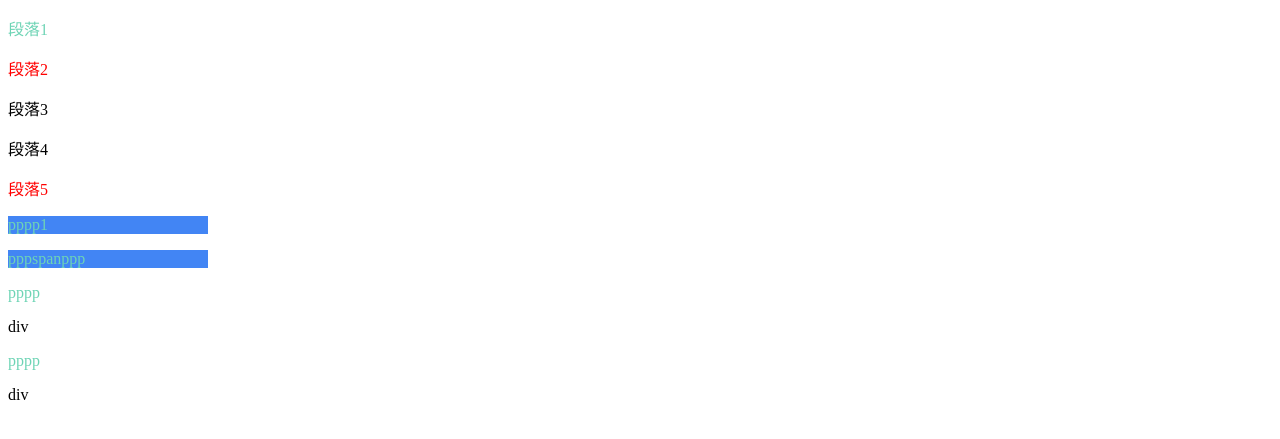
Repository: LstHeart/html-learning
Page: css3/CSS3选择器.html
These files come from the project's save history. The page is drawn as it stood at one moment and after the next save; the edit follows.
The browser window is 1280 px wide. The pictures show the whole page.

Above is the page before, as saved 2021-01-07 23:01:40.

### css3/CSS3选择器.html
<!DOCTYPE html>
<html lang="en">
  <head>
    <meta charset="UTF-8" />
    <meta name="viewport" content="width=device-width, initial-scale=1.0" />
    <title>CSS3选择器</title>
    <link rel="stylesheet" href="CSS3选择器.css" />
  </head>
  <body>
    <div class="container">
      <p class="content p1">段落1</p>
      <p class="p2 content">段落2</p>
      <p class="content">段落3</p>
      <p class="content">段落4</p>
      <p class="content p5">段落5</p>
      <div><p>pppp1</p></div>

      <div><p>ppp<span>span</span>ppp</p></div>
      <!-- <div><p>ppp<p>span</p>ppp</p></div> -->
      <div><p>pppp</p><div>div</div></div>
      <div><p>pppp</p><p>div</p></div>
    </div>
  </body>
</html>

### css3/CSS3选择器.css
/* class属性值*/
/* p[class]{
    color: #ff0000;
} */

/* class属性值以content开头 */
/* p[class^=content]{
    color: #ff0000;
} */
/* class属性值以content结尾 */
/* p[class$=content]{
    color: #ff0000;
} */
/* class属性值中包含p */
p[class*="p"] {
  color: #ff0000;
}

/* 结构性伪类选择器 */
/* 1) :root 匹配html标签,与body选择器效果一样*/
/* :root {
  background-color: darkcyan;
} */
/* 2) 子元素选择
    :nth-child(n):第n个子元素
    */
p:first-child {
  /* color: #ffffff; */
  color: #6ed4b5;
}
/* 查找父元素中只有的一个标签为p标签 */
p:only-child{
    width: 200px;
    color: #6ed4b5;
    background-color: #4285f4;
}
/* p:only-of-type{
  width: 200px;
  border: 1px solid #6ed4b5;
  background-color: #4285f4;
} */

After the next save:
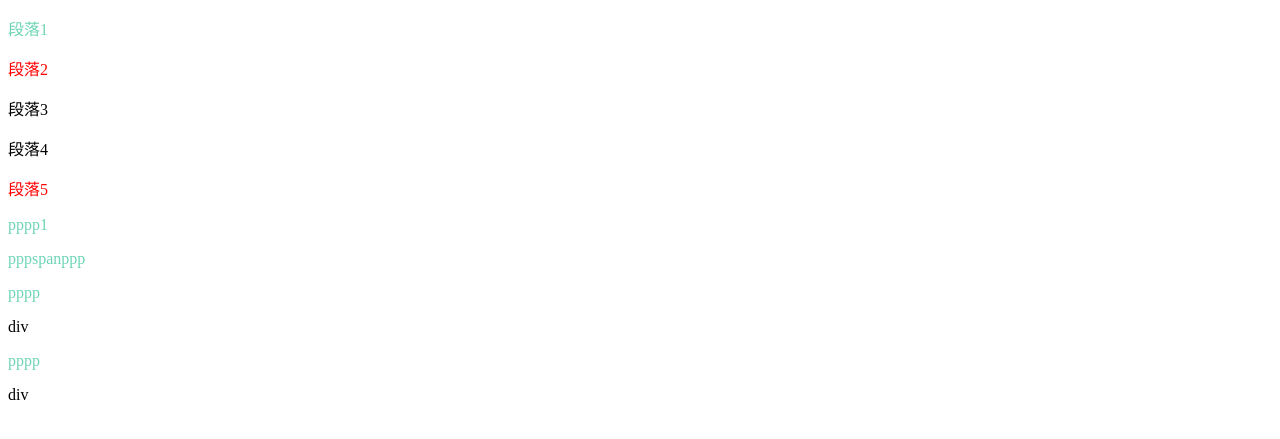
Saved 2 min 0 s later.
--- a/css3/CSS3选择器.css
+++ b/css3/CSS3选择器.css
@@ -28,12 +28,13 @@
   /* color: #ffffff; */
   color: #6ed4b5;
 }
-/* 查找父元素中只有的一个标签为p标签 */
-p:only-child{
+/* 查找父元素中只有的一个标签为p标签,不允许其他标签存在,但在p标签中可以有子标签 */
+/* p:only-child{
     width: 200px;
     color: #6ed4b5;
     background-color: #4285f4;
-}
+} */
+/* 选择父元素中p标签是唯一的子元素,可以有其他标签存在 */
 /* p:only-of-type{
   width: 200px;
   border: 1px solid #6ed4b5;

After the save that followed:
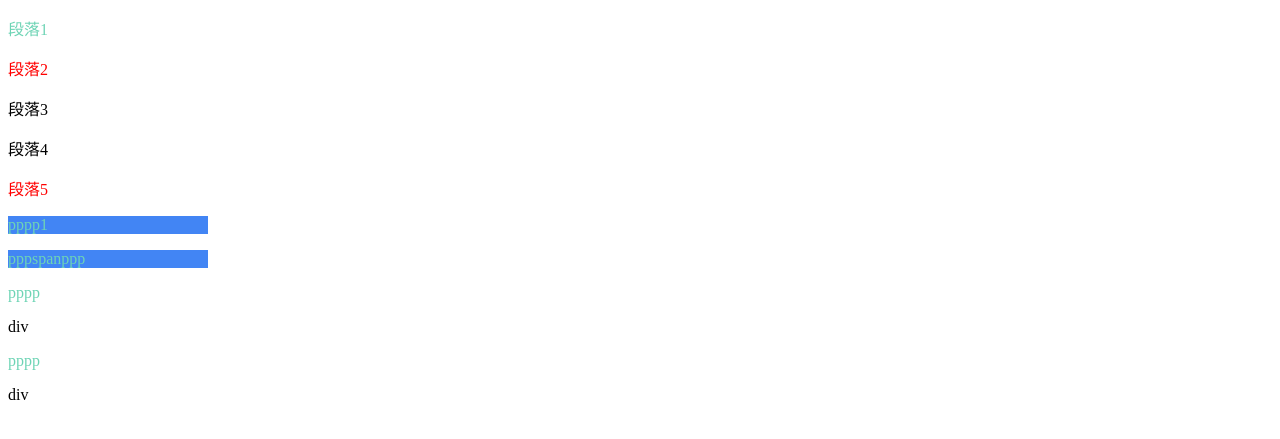
Saved 93 s later.
--- a/css3/CSS3选择器.css
+++ b/css3/CSS3选择器.css
@@ -28,12 +28,13 @@
   /* color: #ffffff; */
   color: #6ed4b5;
 }
-/* 查找父元素中只有的一个标签为p标签,不允许其他标签存在,但在p标签中可以有子标签 */
-/* p:only-child{
+/* 查找父元素中只有的一个标签为p标签,
+不允许其他标签存在,但在p标签中可以有子标签 */
+p:only-child{
     width: 200px;
     color: #6ed4b5;
     background-color: #4285f4;
-} */
+}
 /* 选择父元素中p标签是唯一的子元素,可以有其他标签存在 */
 /* p:only-of-type{
   width: 200px;
